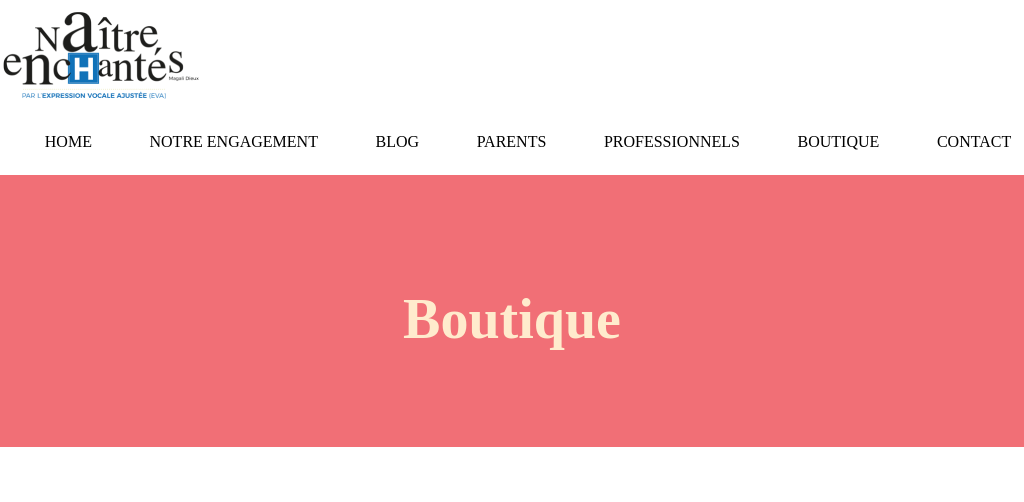
Repository: Khadija-Asa/naitre-enchantes
Page: header.html
The author's editor kept a copy of each file at every save. The page is drawn from the files as they stood at one save, then again after a run of saves.
The browser window is 1024 px wide. The pictures show the whole page.

Above is the page before, as saved 2020-11-24 16:40:28.

After the next 4 saves:
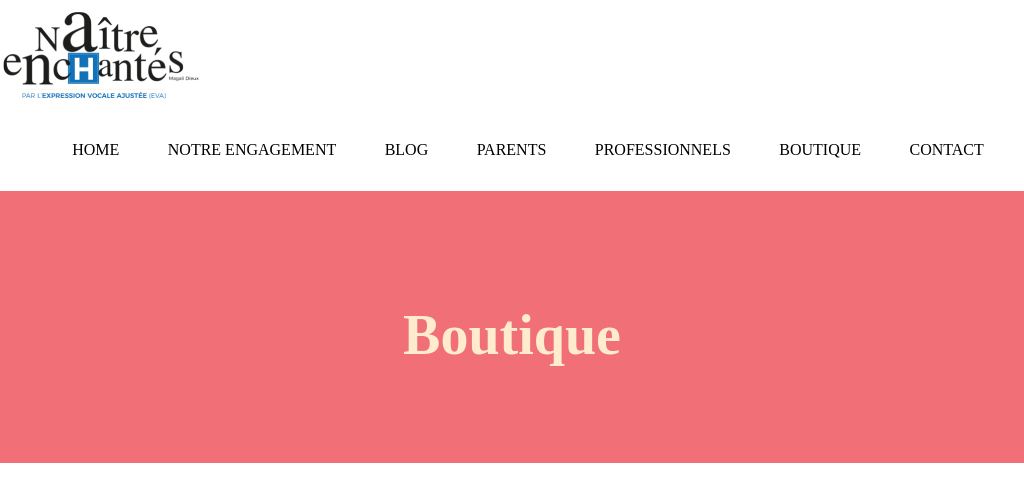
The 4 saves are shown as one change because they came seconds apart.
The last was saved 13 s later.
--- a/header.css
+++ b/header.css
@@ -49,7 +49,7 @@
         text-align: left;
         margin: 1.5em auto;
         text-transform: uppercase;
-        padding: ;
+        padding: .5em 2em;
 
     }
     .nav_element {
